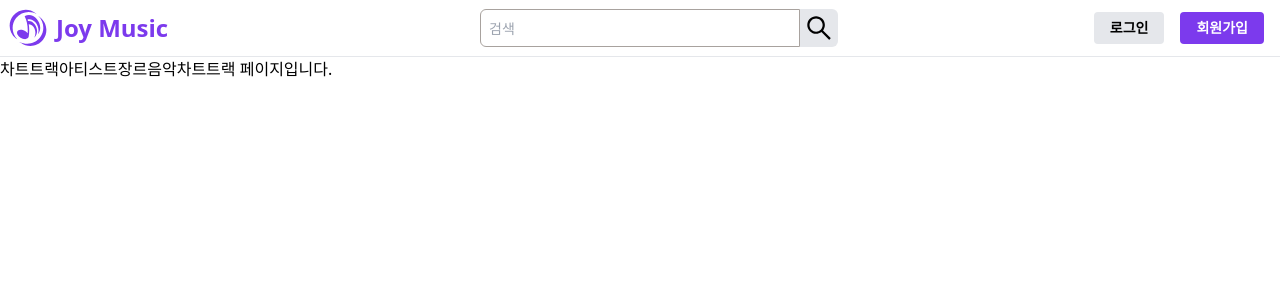
Repository: momo0170/streaming
Page: /chartTrack
The author's editor kept a copy of each file at every save. The page is drawn from the files as they stood at one save, then again after the next save.
The browser window is 1280 px wide. The pictures show the whole page.
The project was rebuilt for these pictures with package versions that can differ from the ones it lists, and the page was loaded fresh each time. Also part of the build but not shown: src/App.css, src/router/Home.jsx, src/router/ChartArtist.jsx, src/router/ChartGenres.jsx.

Above is the page before, as saved 2023-09-22 16:14:13.

### src/index.js
import React from 'react';
import ReactDOM from 'react-dom/client';
import './index.css';
import App from './App';
import { RouterProvider, createBrowserRouter } from 'react-router-dom';
import Home from './router/Home';
import ChartTrack from './router/ChartTrack';
import ChartArtist from './router/ChartArtist';
import ChartGenres from './router/ChartGenres';

const router = createBrowserRouter([
  {
    path: '/',
    element: <App />,
    children: [
      {
        index: true,
        element: <Home />,
      },
      {
        path: 'chartTrack',
        element: <ChartTrack />,
      },
      {
        path: 'chartArtist',
        element: <ChartArtist />,
      },
      {
        path: 'chartGenres',
        element: <ChartGenres />,
      },
    ],
  },
]);
const root = ReactDOM.createRoot(document.getElementById('root'));
root.render(
  <RouterProvider router={router}>
    <App />
  </RouterProvider>
);

### src/index.css
/* index.css 📂 */

@tailwind base;
@tailwind components;
@tailwind utilities;

### src/App.js
import { Outlet } from 'react-router-dom';
import './App.css';
import Header from './components/Header';
import MenuBar from './components/MenuBar';

function App() {
  return (
    <>
      <Header />
      <MenuBar />
      <Outlet />
    </>
  );
}

export default App;

### src/router/ChartTrack.jsx
import React from 'react';

export default function ChartTrack() {
  return <button>차트트랙 페이지입니다.</button>;
}

### src/components/Header.jsx
import React from 'react';
import { GiMusicSpell } from 'react-icons/gi';
import { AiOutlineSearch } from 'react-icons/ai';
import { Link } from 'react-router-dom';

export default function Header() {
  const handleSubmit = (e) => {
    e.preventDefault();
  };
  return (
    <header className="flex justify-between p-2 border-b h-13 items-center">
      <Link to="/" className="flex items-center">
        <GiMusicSpell
          size="40"
          color="#7c3aed"
          className="hover:animate-spin"
        />
        <div className="text-violet-600 text-2xl ml-2 font-bold">Joy Music</div>
      </Link>
      <form className="flex transform translate-x-8" onSubmit={handleSubmit}>
        <input
          type="text"
          placeholder="검색"
          className="rounded-l-md border border-stone-400 p-1 px-2 focus:shadow-inner2 outline-none focus:border-violet-600 placeholder:text-sm hover:shadow-hoverInput hover:border-hoverInput w-80"
        />
        <button className="bg-gray-200 p-1 rounded-r-md box-border hover:bg-gray-300">
          <AiOutlineSearch size="30" />
        </button>
      </form>
      <div className="flex">
        <button className="bg-gray-200 mx-2 px-4 py-1.5 rounded text-sm font-semibold hover:bg-gray-300">
          로그인
        </button>
        <button className="bg-violet-600 text-white mx-2 px-4 py-1.5 rounded text-sm font-semibold hover:bg-violet-700">
          회원가입
        </button>
      </div>
    </header>
  );
}

### src/components/MenuBar.jsx
import React from 'react';
import { Link } from 'react-router-dom';

export default function MenuBar() {
  return (
    <>
      <Link to="/chartTrack">차트트랙</Link>
      <Link to="/chartArtist">아티스트</Link>
      <Link to="/chartGenres">장르음악</Link>
    </>
  );
}

### tailwind.config.js
/** @type {import('tailwindcss').Config} */
module.exports = {
  content: ['./src/**/*.{js,jsx,ts,tsx}'],
  theme: {
    extend: {
      borderWidth: {
        1.5: '1.5px',
      },
      boxShadow: {
        inner2: '0 0 0 1.5px #7c3aed inset',
        hoverInput: '0 0 0 1px #ABABAB inset',
      },
      borderColor: {
        hoverInput: '#ABABAB',
      },
    },
  },
  plugins: [],
};

Loaded but not shown: public/index.html (common file)

After the next save:
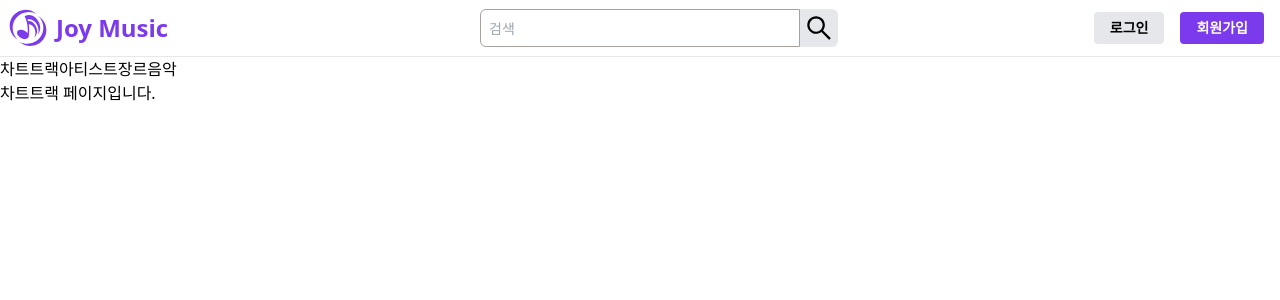
Saved 1 s later.
--- a/src/router/ChartTrack.jsx
+++ b/src/router/ChartTrack.jsx
@@ -1,5 +1,5 @@
 import React from 'react';
 
 export default function ChartTrack() {
-  return <button>차트트랙 페이지입니다.</button>;
+  return <div>차트트랙 페이지입니다.</div>;
 }
